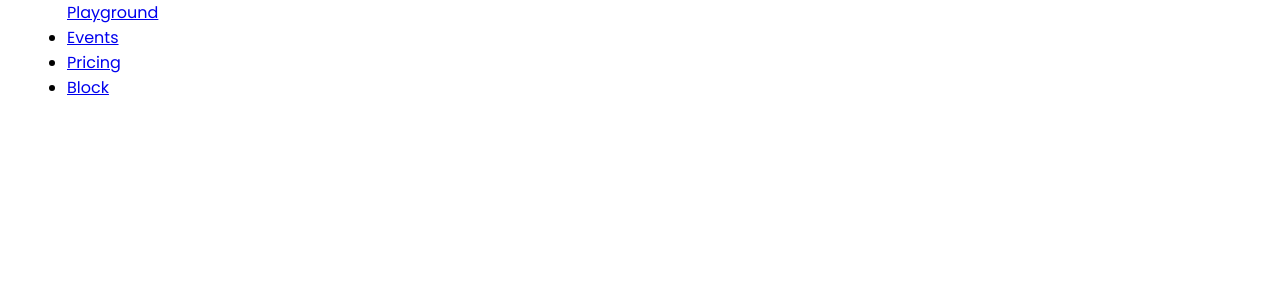
Repository: tuanpham-aptech/front-end
Page: psdtohtml/playgroud/index.html
The author's editor kept a copy of each file at every save. The page is drawn from the files as they stood at one save, then again after the next save.
The browser window is 1280 px wide. The pictures show the whole page.
Some web libraries are served in a nearby version.

Above is the page before, as saved 2021-10-13 16:56:20.

After the next save:
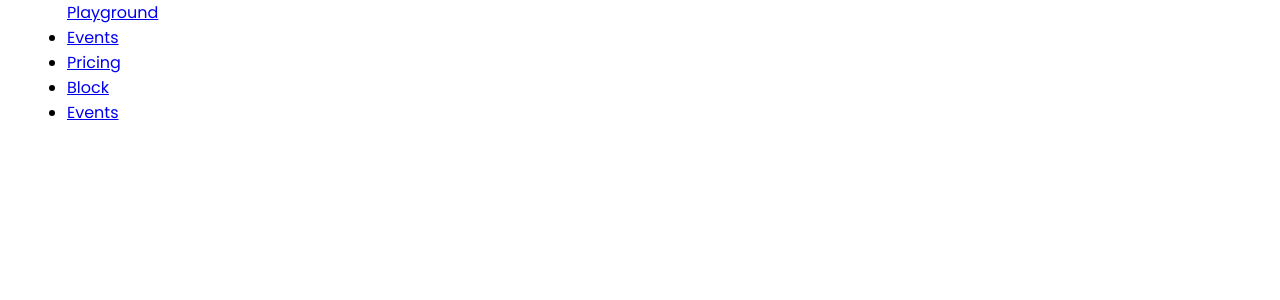
Saved 15 s later.
--- a/psdtohtml/playgroud/index.html
+++ b/psdtohtml/playgroud/index.html
@@ -35,6 +35,11 @@
                                 Block
                             </a>
                         </li>
+                        <li class="header__menu-item">
+                            <a href="#" class="header__menu-link">
+                                Events
+                            </a>
+                        </li>
                     </ul>
                 </nav>
             </div>
